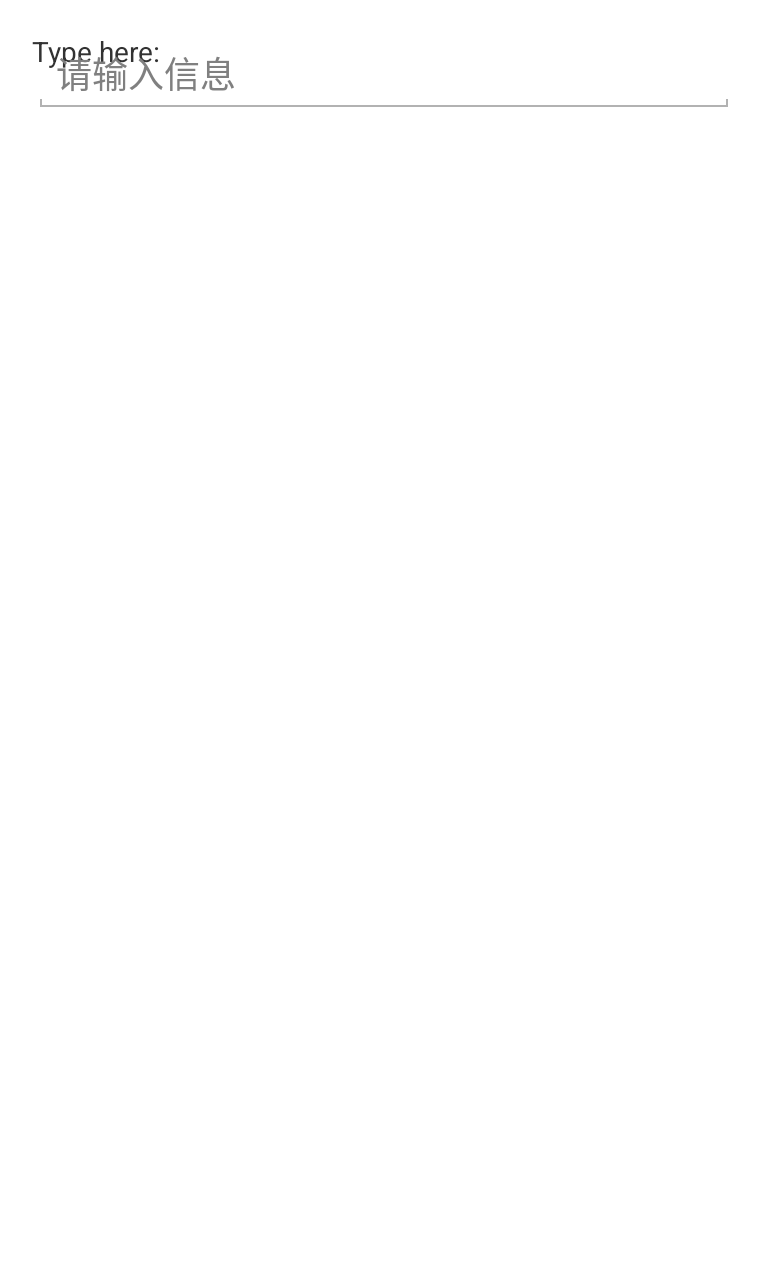
Repository: sonyi/androidClass
Layout: androidExercise/Android_002_RelativeLayout/res/layout/activity_main.xml
An editor plug-in stored every save of this project. The layout is shown before and after the next save, followed by the edit.
It is drawn on a 768 x 1280 px phone screen (xhdpi) without system bars, with theme AppTheme; the app's code is not run.

Above is the layout before, as saved 2014-05-29 04:43:57.

After the next save:
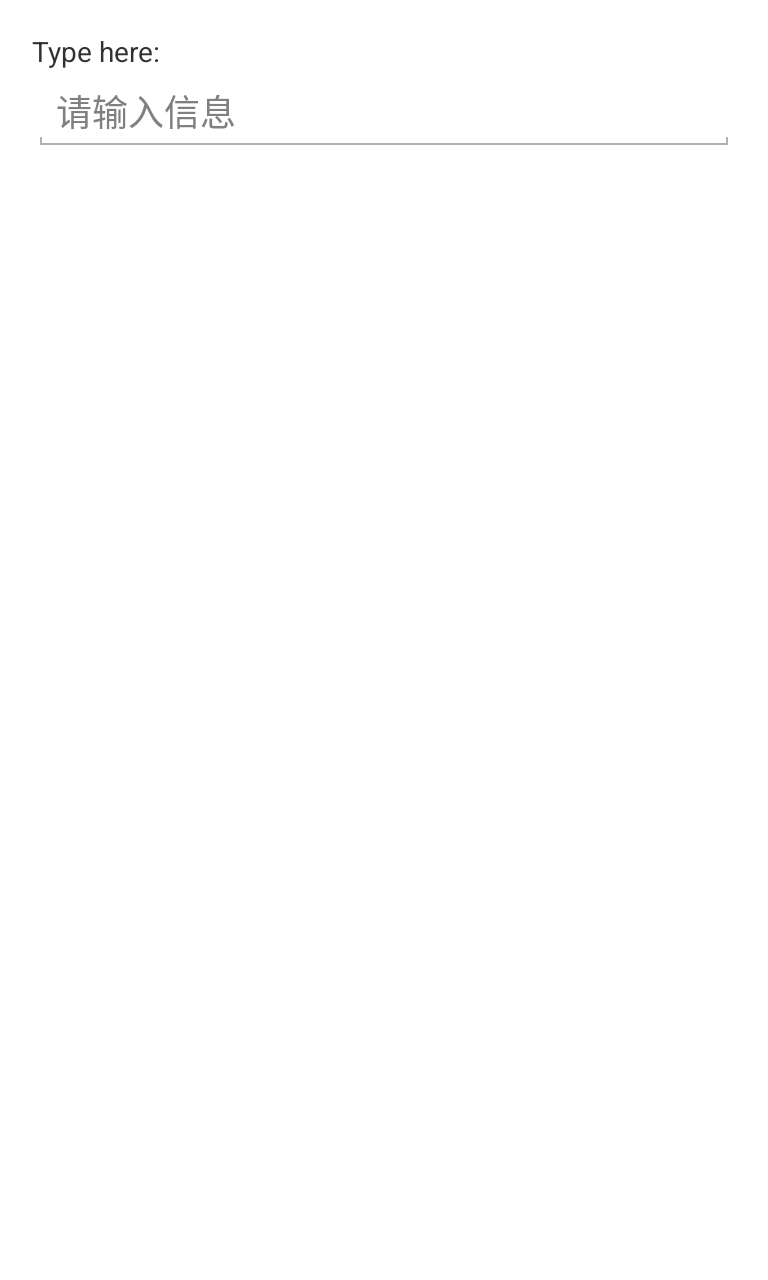
Saved 16 s later.
--- a/androidExercise/Android_002_RelativeLayout/res/layout/activity_main.xml
+++ b/androidExercise/Android_002_RelativeLayout/res/layout/activity_main.xml
@@ -16,9 +16,10 @@
     <EditText android:id="@+id/et_entry"
         android:layout_width="match_parent"
         android:layout_height="wrap_content"
-        android:layout_below="@+id/"
+        android:layout_below="@+id/tv_lable"
         android:hint="请输入信息"/>
 
     <Button android:id="@+id/btn_ok"
+
         />
 </RelativeLayout>
